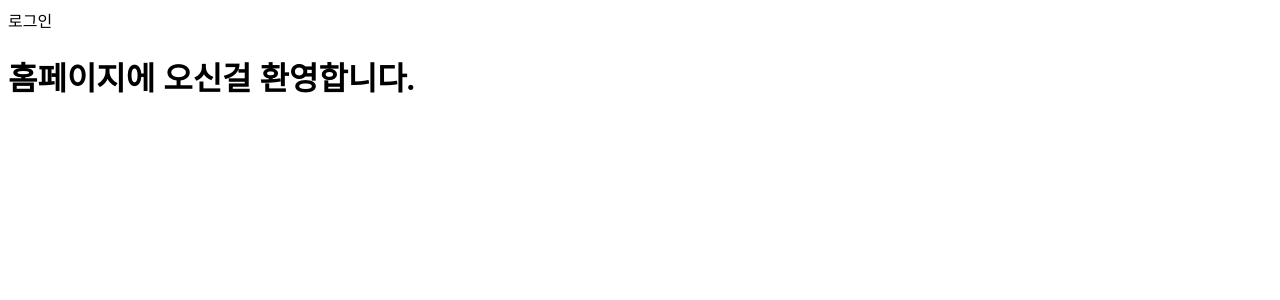
Repository: whdghks9241/Servlet-JSP-Workspace
Page: http://localhost/login_logout2/home.jsp
The author's editor kept a copy of each file at every save. The page is drawn from the files as they stood at one save, then again after the next save.
The browser window is 1280 px wide. The pictures show the whole page.
The page is served by Tomcat 9.

Above is the page before, as saved 2023-11-08 01:11:50.

After the next save:
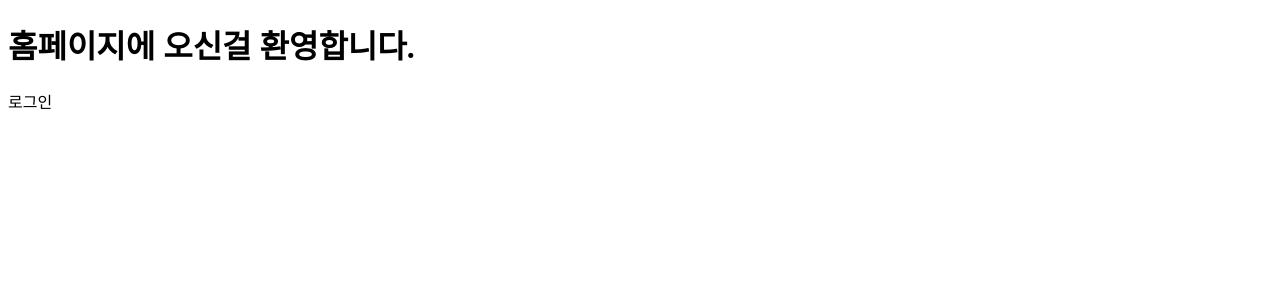
Saved 7 s later.
--- a/login_logout2/src/main/webapp/home.jsp
+++ b/login_logout2/src/main/webapp/home.jsp
@@ -7,7 +7,7 @@
 <title>Insert title here</title>
 </head>
 <body>
-
+<h1>홈페이지에 오신걸 환영합니다.</h1>
 <script>
 	function displayLoginFail() {
 		// 팝업으로 표시할 오류메세지
@@ -30,7 +30,7 @@
  	}
 
  	%>
-<h1>홈페이지에 오신걸 환영합니다.</h1>
+
 
 
 </body>
